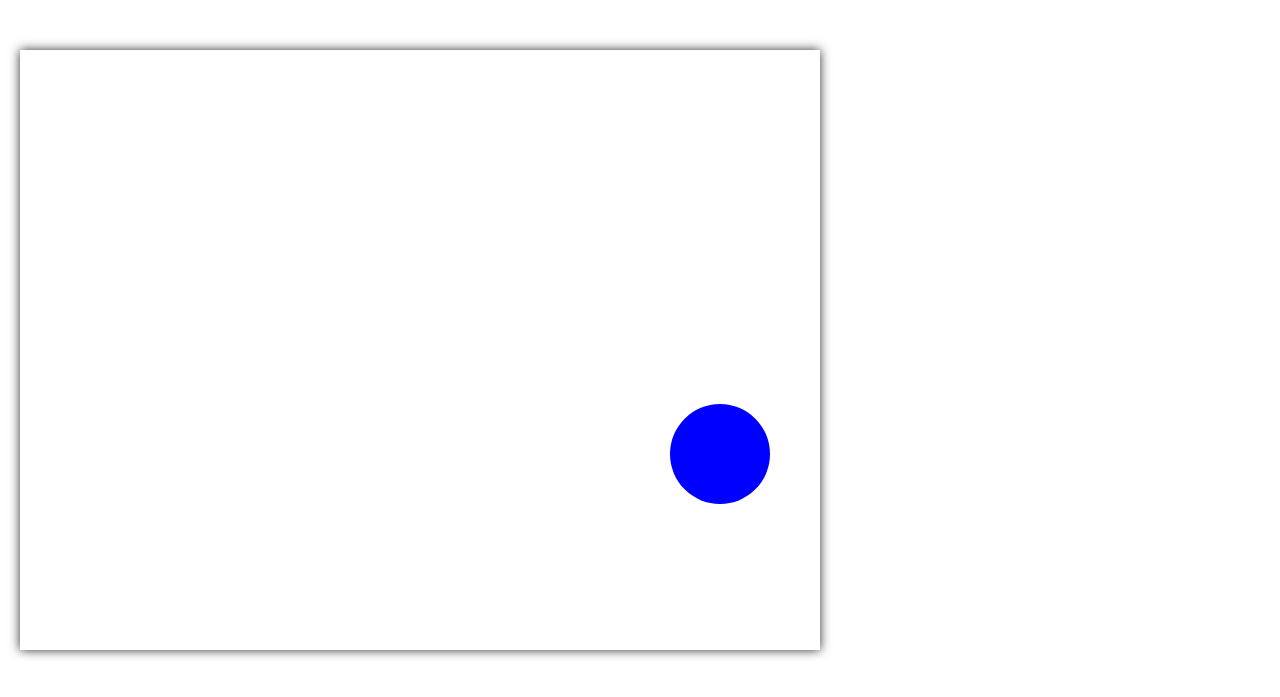
Repository: fangYiYuan/javascript-
Page: canvas/7.一个运动的圆.html
The author's editor kept a copy of each file at every save. The page is drawn from the files as they stood at one save, then again after the next save.
The browser window is 1280 px wide. The pictures show the whole page.

Above is the page before, as saved 2020-04-14 14:56:16.

### canvas/7.一个运动的圆.html
<!DOCTYPE html>
<html lang="en">
<head>
  <meta charset="UTF-8">
  <meta name="viewport" content="width=device-width, initial-scale=1.0">
  <meta http-equiv="X-UA-Compatible" content="ie=edge">
  <title>Document</title>
</head>
<style>
  body{
    text-align: center;
    padding-top: 40px;
  }
  canvas {
    position: absolute;
    top: 50px;
    left: 20px;
    box-shadow: 0 0 10px rgb(48, 47, 47);
  }
</style>
<body>
  <canvas id="draw" width="800" height="600"></canvas>
</body>
<script>
  let draw = document.getElementById('draw')
  let con = draw.getContext('2d')

  function Ball (x, y, r, sX, sY, color) {
    this.ball = function () {
      con.beginPath()
      con.fillStyle = color
      con.arc(x, y, r, 0, Math.PI * 2)
      con.fill()
    }
    this.move = function () {
      x += sX
      if (x > draw.width - r) {
        sX *= -1
      } else if (x < r) {
        sX *= -1
      }
      y += sY
      if (y > draw.height - r) {
        sY *= -1
      } else if (y < r) {
        sY *= -1
      }
    }
  }
  let mBall = new Ball(100, 100, 50, 2, 2, 'blue')
  // mBall.ball()
  function start () {
    con.clearRect(0, 0, draw.width, draw.height)
    mBall.ball()
    mBall.move()
    window.requestAnimationFrame(start)
  }
  start()
</script>
</html>

After the next save:
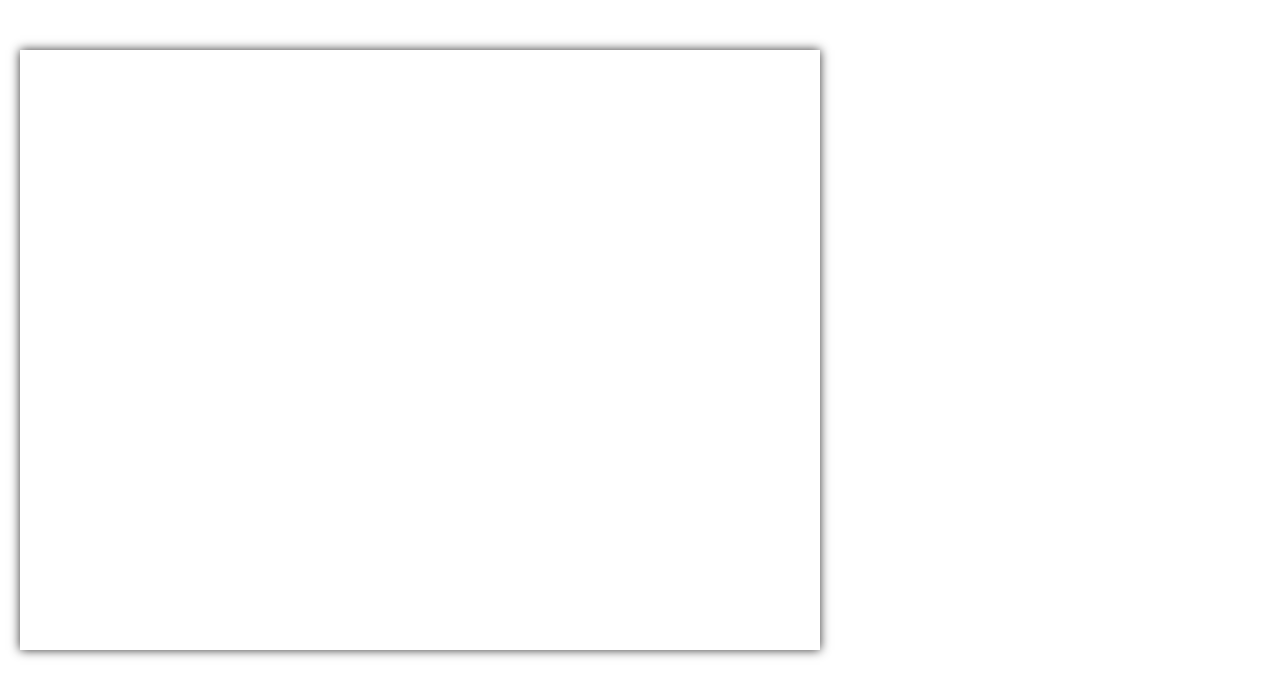
Console error: TypeError: fun.ball is not a function
Saved 113 s later.
--- a/canvas/7.一个运动的圆.html
+++ b/canvas/7.一个运动的圆.html
@@ -48,13 +48,15 @@
     }
   }
   let mBall = new Ball(100, 100, 50, 2, 2, 'blue')
+  let mBall2 = new Ball (600, 300, 100, 3, 3, 'red')
   // mBall.ball()
-  function start () {
+  function start (fun) {
     con.clearRect(0, 0, draw.width, draw.height)
-    mBall.ball()
-    mBall.move()
+    fun.ball()
+    fun.move()
     window.requestAnimationFrame(start)
   }
-  start()
+  start(mBall)
+  start(mBall2)
 </script>
 </html>

After the 2 saves that followed:
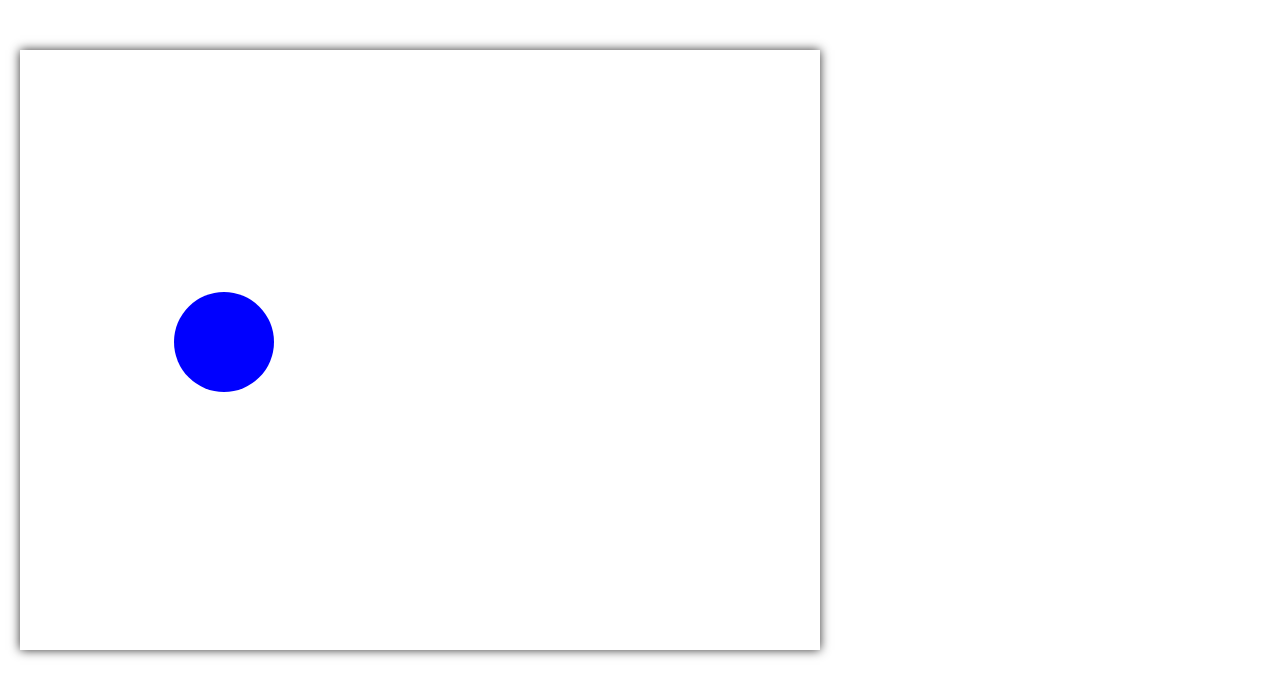
The error is gone.
The 2 saves are shown as one change because 1 left the picture as it was.
The last was saved 66 s later.
--- a/canvas/7.一个运动的圆.html
+++ b/canvas/7.一个运动的圆.html
@@ -52,11 +52,17 @@
   // mBall.ball()
   function start (fun) {
     con.clearRect(0, 0, draw.width, draw.height)
-    fun.ball()
-    fun.move()
+    mBall.ball()
+    mBall.move()
     window.requestAnimationFrame(start)
   }
-  start(mBall)
-  start(mBall2)
+  function start2 () {
+    con.clearRect(0, 0, draw.width, draw.height)
+    mBall2.ball()
+    mBall2.move()
+    window.requestAnimationFrame(start)
+  }
+  start()
+  start2()
 </script>
 </html>
